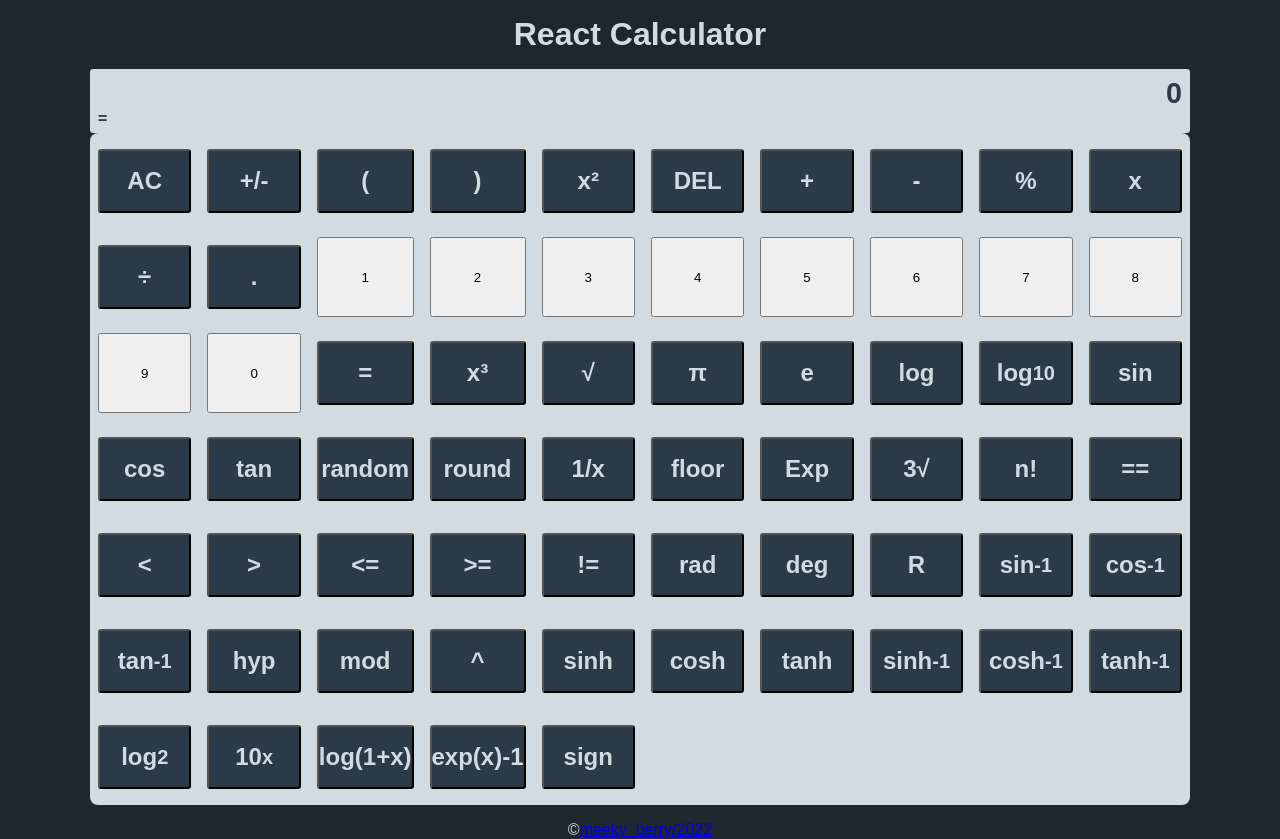
Repository: MikkyPrestige/calculator
Page: /
These files come from the project's save history. The page is drawn as it stood at one moment and after the next save; the edit follows.
The browser window is 1280 px wide. The pictures show the whole page.
The project was rebuilt for these pictures with package versions that can differ from the ones it lists, and the page was loaded fresh each time.

Above is the page before, as saved 2022-11-17 21:51:05.

### src/index.css
* {
 margin: 0;
 padding: 0;
 box-sizing: border-box;
}

body {
 font-family: 'Poppins', sans-serif;
 background: #1e272e;
}

.heading {
  color: #d2dae2;
  text-align: center;
  margin: 1rem;
}

.app-container {
 width: 100%;
 max-width: 1100px;
 margin: 1rem auto;
}

.display {
 background-color: #d2dae2;
 color: #2C3A47;
 height: 4rem;
 font-size: 1.8rem;
 font-weight: 700;
 display: flex;
 flex-direction: column;
 padding: .5rem;
 border-radius: .2rem;
}

.display-calc {
 display: flex;
 justify-content: flex-end;
 align-items: center;
}

.display-result {
 display: flex;
 justify-content: flex-start;
 align-items: center;
 font-size: 1rem;
 font-weight: 700;
}

.operators {
  display: grid;
  grid-template-columns: repeat(10, 1fr);
  grid-gap: 1rem;
  padding: .5rem;
  border-radius: .5rem;
  background-color: #d2dae2;
  -webkit-border-radius: .5rem;
  -moz-border-radius: .5rem;
  -ms-border-radius: .5rem;
  -o-border-radius: .5rem;
}

.operator {
 background-color: #2C3A47;
 color: #d2dae2;
 font-size: 1.5rem;
 font-weight: 700;
 height: 4rem;
 display: flex;
 justify-content: center;
 align-items: center;
 border-radius: .2rem;
 margin: .5rem 0;
}
/* .operators {
 display: grid;
 grid-template-columns: repeat(10, 1fr);
 grid-gap: 1rem;
 background-color: #4b6584;
 padding: .5rem;
 border-radius: .3rem;
}

.operator {
 background-color: #182C61;
 color: #d1d8e0;
 font-size: 1.2rem;
 font-weight: 400;
 padding: .5rem;
 border: none;
 cursor: pointer;
 border-radius: 20%;
 border: 2px solid #d2dae2;
 -webkit-border-radius: 20%;
 -moz-border-radius: 20%;
 -ms-border-radius: 20%;
 -o-border-radius: 20%;
}

.operator:hover {
 background-color: #273c75;
}

.operator:active {
 background-color: #485460;
}

.digit {
  font-size: 1.5rem;
  font-weight: 700;
  color: #2C3A47;
  cursor: pointer;
  background-color: #d2dae2;
  border: none;
  border-radius: 1rem;
  text-align: center;
  padding: .5rem;
  grid-column: 4 /7;
  grid-row: 2 / 4;
}

.digit:hover {
  background-color: #808e9b;
}

.digit:active {
  background-color: #485460;
}

.clear {
 background-color: #05c46b;
  grid-column: 1 / 3;
  grid-row: 1 / 2;
}

.delete {
 background-color: #ff3f34;
  grid-column: 9 / -1;
  grid-row: 1 / 2;
}

.equalTo {
 /* grid-row: 6 / span 2; */
 /* grid-column: 6; */
 /* background-color: #05c46b; */
 /* font-size: 2.5rem; */
 /* font-weight: 700; */
/* } */

.cube {
 /* grid-row: 3; */
}

.sqrt {
 /* grid-row: 4; */
}

.exponent {
 /* grid-row: 5; */
}

.pie {
 /* grid-row: 5; */
}

.log {
 /* grid-row: 3; */
}

.logTen {
 /* grid-row: 4; */
}

.sin {
 /* grid-row: 3; */
}

.tan {
 /* grid-row: 4; */
}

.cos  {
 /* grid-row: 5; */
}

.zero {
 /* grid-row: 6; */
 /* grid-column: 5; */
}

.attribution {
  color: #d2dae2;
  text-align: center;
}

### src/App.js
import React from 'react';
import { useState } from 'react';

function App() {
  // DECLARE A NEW STATE VARIABLE
  const [calc, setCalc] = useState("");
  const [result, setResult] = useState("");

  // OPERATORS VARIABLE IS AN ARRAY OF OPERATORS THAT WILL BE USED TO CHECK IF THE USER IS TRYING TO ENTER AN OPERATOR OR NOT
  const ops = ["+", "-", "*", "/", ".", "<", ">", "<=", ">=", "±", "%", "!="];

  // UPDATE CALC STATE VARIABLE WITH THE VALUE OF THE BUTTON THAT WAS CLICKED
  const updateCalc = value => {
    if (
      (ops.includes(value) && calc === "") || // IF THE VALUE IS AN OPERATOR AND THE CALC STATE VARIABLE IS EMPTY
      (ops.includes(value) && ops.includes(calc.slice(-1))) // IF THE VALUE IS AN OPERATOR AND THE LAST CHARACTER OF THE CALC STATE VARIABLE IS ALSO AN OPERATOR
    ) {
      return;
    }

    setCalc(calc + value);  // UPDATE THE CALC STATE VARIABLE WITH THE VALUE OF THE BUTTON THAT WAS CLICKED

    if (!ops.includes(value)) {  // IF THE VALUE IS NOT AN OPERATOR
      setResult(eval(calc + value).toString());   // EVALUATE THE CALC STATE VARIABLE AND UPDATE THE RESULT STATE VARIABLE
    }
  };

  // CREATE CLEAR FUNCTION
  const clear = () => {
    setCalc("");    // SET CALC STATE VARIABLE TO EMPTY
    setResult("");  // SET RESULT STATE VARIABLE TO EMPTY
  };

  // CREATE DELETE FUNCTION
  const del = () => {
    if (calc === "") {
      return;
    }
    const value = calc.slice(0, -1);  // REMOVE THE LAST CHARACTER OF THE CALC STATE VARIABLE
    setCalc(value);  // UPDATE THE CALC STATE VARIABLE
  };

  // CREATE EVALUATE FUNCTION
  const calculate = () => {
    setCalc(eval(calc).toString());  // EVALUATE THE CALC STATE VARIABLE AND UPDATE THE CALC STATE VARIABLE
    setResult("");  // SET RESULT STATE VARIABLE TO EMPTY
  };

  // CREATE PERCENTAGE FUNCTION
  const percentage = () => {
    if (calc === "") {
      return;
    }
    const value = parseFloat(calc);   // CONVERT THE CALC STATE VARIABLE TO A FLOAT
    if (value === 0) {
      return;
    }
    setCalc((value / 100).toString());  // DIVIDE THE CALC STATE VARIABLE BY 100 AND UPDATE THE CALC STATE VARIABLE
  };

  // CREATE POSITIVE/NEGATIVE FUNCTION
  const posNeg = () => {
    if (calc === "") {
      return;
    }
    const value = parseFloat(calc);
    if (value === 0) {
      return;
    }
    setCalc((value * -1).toString());  // MULTIPLY THE CALC STATE VARIABLE BY -1 AND UPDATE THE CALC STATE VARIABLE
  };

  // CREATE BRACKET FUNCTION
  const bracket = value => {
    if (calc === "" && value === "(" && ")") { // IF THE CALC STATE VARIABLE IS EMPTY AND THE VALUE IS "(" && ")"
      setCalc(calc + value);
      return;
    }
    setCalc(calc + value);  // UPDATE THE CALC STATE VARIABLE WITH THE VALUE OF THE BUTTON THAT WAS CLICKED
  };

  // CREATE SQUARE FUNCTION
  const square = () => {
    if (calc === "") {
      return;
    }
    const value = parseFloat(calc);
    if (value === 0) {
      return;
    }
    setCalc((value * value).toString());  // MULTIPLY THE CALC STATE VARIABLE BY ITSELF AND UPDATE THE CALC STATE VARIABLE
  };

  // CREATE A CUBE FUNCTION
  const cube = () => {
    if (calc === "") {
      return;
    }
    const value = parseFloat(calc);
    if (value === 0) {
      return;
    }
    setCalc((value * value * value).toString());  // MULTIPLY THE CALC STATE VARIABLE BY ITSELF THREE TIMES AND UPDATE THE CALC STATE VARIABLE
  };

  // CREATE SQUARE ROOT FUNCTION
  const squareRoot = () => {
    if (calc === "") {
      return;
    }
    const value = parseFloat(calc);
    if (value === 0) {
      return;
    }
    setCalc(Math.sqrt(value).toString());  // CALCULATE THE SQUARE ROOT OF THE CALC STATE VARIABLE AND UPDATE THE CALC STATE VARIABLE
  };

  // CREATE PI FUNCTION
  const pi = () => {
    if (calc === "") {
      return;
    }
    const value = parseFloat(calc);
    if (value === 0) {
      return;
    }
    setCalc((value * 3.141592653589793).toString());  // MULTIPLY THE CALC STATE VARIABLE BY PI AND UPDATE THE CALC STATE VARIABLE
  };

  // CREATE E FUNCTION
  const e = () => {
    if (calc === "") {
      return;
    }
    const value = parseFloat(calc);
    if (value === 0) {
      return;
    }
    setCalc((value * 2.718281828459045).toString());  // MULTIPLY THE CALC STATE VARIABLE BY E AND UPDATE THE CALC STATE VARIABLE
  };

  // CREATE LOG FUNCTION
  const log = () => {
    if (calc === "") {
      return;
    }
    const value = parseFloat(calc);
    if (value === 0) {
      return;
    }
    setCalc(Math.log(value).toString());  // CALCULATE THE LOGARITHM OF THE CALC STATE VARIABLE AND UPDATE THE CALC STATE VARIABLE
  };

  // CREATE BASE 10 LOG FUNCTION
  const log10 = () => {
    if (calc === "") {
      return;
    }
    const value = parseFloat(calc);
    if (value === 0) {
      return;
    }
    setCalc(Math.log10(value).toString());  // CALCULATE THE BASE 10 LOGARITHM OF THE CALC STATE VARIABLE AND UPDATE THE CALC STATE VARIABLE
  };

  // CREATE BASE 2 LOG FUNCTION
  const log2 = () => {
    if (calc === "") {
      return;
    }
    const value = parseFloat(calc);
    if (value === 0) {
      return;
    }
    setCalc(Math.log2(value).toString());  // CALCULATE THE BASE 2 LOGARITHM OF THE CALC STATE VARIABLE AND UPDATE THE CALC STATE VARIABLE
  };

  // CREATE LOG1P FUNCTION
  const log1p = () => {
    if (calc === "") {
      return;
    }
    const value = parseFloat(calc);
    if (value === 0) {
      return;
    }
    setCalc(Math.log1p(value).toString());  // CALCULATE THE LOGARITHM OF THE CALC STATE VARIABLE PLUS 1 AND UPDATE THE CALC STATE VARIABLE
  };

  // CREATE EXPONENTIAL -1 FUNCTION
  const expm1 = () => {
    if (calc === "") {
      return;
    }
    const value = parseFloat(calc);
    if (value === 0) {
      return;
    }
    setCalc(Math.expm1(value).toString());  // CALCULATE THE EXPONENTIAL OF THE CALC STATE VARIABLE MINUS 1 AND UPDATE THE CALC STATE VARIABLE
  };

  // CREATE SIGN FUNCTION
  const sign = () => {
    if (calc === "") {
      return;
    }
    const value = parseFloat(calc);
    if (value === 0) {
      return;
    }
    setCalc(Math.sign(value).toString());  // CALCULATE THE SIGN OF THE CALC STATE VARIABLE AND UPDATE THE CALC STATE VARIABLE
  };

  // CREATE RAISE TO POWER 10 FUNCTION
  const pow10 = () => {
    if (calc === "") {
      return;
    }
    const value = parseFloat(calc);
    if (value === 0) {
      return;
    }
    setCalc(Math.pow(10, value).toString());  // RAISE 10 TO THE POWER OF THE CALC STATE VARIABLE AND UPDATE THE CALC STATE VARIABLE
  };

  // CREATE SIN FUNCTION
  const sin = () => {
    if (calc === "") {
      return;
    }
    const value = parseFloat(calc);
    if (value === 0) {
      return;
    }
    setCalc(Math.sin(value).toString());  // CALCULATE THE SINE OF THE CALC STATE VARIABLE AND UPDATE THE CALC STATE VARIABLE
  };

  // CREATE COS FUNCTION
  const cos = () => {
    if (calc === "") {
      return;
    }
    const value = parseFloat(calc);
    if (value === 0) {
      return;
    }
    setCalc(Math.cos(value).toString());  // CALCULATE THE COSINE OF THE CALC STATE VARIABLE AND UPDATE THE CALC STATE VARIABLE
  };

  // CREATE TAN FUNCTION
  const tan = () => {
    if (calc === "") {
      return;
    }
    const value = parseFloat(calc);
    if (value === 0) {
      return;
    }
    setCalc(Math.tan(value).toString());  // CALCULATE THE TANGENT OF THE CALC STATE VARIABLE AND UPDATE THE CALC STATE VARIABLE
  };

  // CREATE INVERSE SIN FUNCTION
  const asin = () => {
    if (calc === "") {
      return;
    }
    const value = parseFloat(calc);
    if (value === 0) {
      return;
    }
    setCalc(Math.asin(value).toString());  // CALCULATE THE INVERSE SINE OF THE CALC STATE VARIABLE AND UPDATE THE CALC STATE VARIABLE
  };

  // CREATE INVERSE COS FUNCTION
  const acos = () => {
    if (calc === "") {
      return;
    }
    const value = parseFloat(calc);
    if (value === 0) {
      return;
    }
    setCalc(Math.acos(value).toString());  // CALCULATE THE INVERSE COSINE OF THE CALC STATE VARIABLE AND UPDATE THE CALC STATE VARIABLE
  };

  // CREATE INVERSE TAN FUNCTION
  const atan = () => {
    if (calc === "") {
      return;
    }
    const value = parseFloat(calc);
    if (value === 0) {
      return;
    }
    setCalc(Math.atan(value).toString());  // CALCULATE THE INVERSE TANGENT OF THE CALC STATE VARIABLE AND UPDATE THE CALC STATE VARIABLE
  };

  // CREATE SINH FUNCTION
  const sinh = () => {
    if (calc === "") {
      return;
    }
    const value = parseFloat(calc);
    if (value === 0) {
      return;
    }
    setCalc(Math.sinh(value).toString());  // CALCULATE THE HYPERBOLIC SINE OF THE CALC STATE VARIABLE AND UPDATE THE CALC STATE VARIABLE
  };

  // CREATE COSH FUNCTION
  const cosh = () => {
    if (calc === "") {
      return;
    }
    const value = parseFloat(calc);
    if (value === 0) {
      return;
    }
    setCalc(Math.cosh(value).toString());  // CALCULATE THE HYPERBOLIC COSINE OF THE CALC STATE VARIABLE AND UPDATE THE CALC STATE VARIABLE
  };

  // CREATE TANH FUNCTION
  const tanh = () => {
    if (calc === "") {
      return;
    }
    const value = parseFloat(calc);
    if (value === 0) {
      return;
    }
    setCalc(Math.tanh(value).toString());  // CALCULATE THE HYPERBOLIC TANGENT OF THE CALC STATE VARIABLE AND UPDATE THE CALC STATE VARIABLE
  };

  // CREATE INVERSE SINH FUNCTION
  const asinh = () => {
    if (calc === "") {
      return;
    }
    const value = parseFloat(calc);
    if (value === 0) {
      return;
    }
    setCalc(Math.asinh(value).toString());  // CALCULATE THE INVERSE HYPERBOLIC SINE OF THE CALC STATE VARIABLE AND UPDATE THE CALC STATE VARIABLE
  };

  // CREATE INVERSE COSH FUNCTION
  const acosh = () => {
    if (calc === "") {
      return;
    }
    const value = parseFloat(calc);
    if (value === 0) {
      return;
    }
    setCalc(Math.acosh(value).toString());  // CALCULATE THE INVERSE HYPERBOLIC COSINE OF THE CALC STATE VARIABLE AND UPDATE THE CALC STATE VARIABLE
  };

  // CREATE INVERSE TANH FUNCTION
  const atanh = () => {
    if (calc === "") {
      return;
    }
    const value = parseFloat(calc);
    if (value === 0) {
      return;
    }
    setCalc(Math.atanh(value).toString());  // CALCULATE THE INVERSE HYPERBOLIC TANGENT OF THE CALC STATE VARIABLE AND UPDATE THE CALC STATE VARIABLE
  };

  // CREATE HYPOTENUSE FUNCTION
  const hyp = () => {
    if (calc === "") {
      return;
    }
    const value = parseFloat(calc);
    if (value === 0) {
      return;
    }
    setCalc(Math.hypot(value).toString());  // CALCULATE THE HYPOTENUSE OF THE CALC STATE VARIABLE AND UPDATE THE CALC STATE VARIABLE
  };


  // CREATE RADIAN FUNCTION
  const radian = () => {
    if (calc === "") {
      return;
    }
    const value = parseFloat(calc);
    if (value === 0) {
      return;
    }
    setCalc((value * 0.017453292519943295).toString());  // MULTIPLY THE CALC STATE VARIABLE BY RADIAN AND UPDATE THE CALC STATE VARIABLE
  };

  // CREATE DEGREE FUNCTION
  const degree = () => {
    if (calc === "") {
      return;
    }
    const value = parseFloat(calc);
    if (value === 0) {
      return;
    }
    setCalc((value * 57.29577951308232).toString());  // MULTIPLY THE CALC STATE VARIABLE BY DEGREE AND UPDATE THE CALC STATE VARIABLE
  };

  // CREATE RADIUS FUNCTION
  const radius = () => {
    if (calc === "") {
      return;
    }
    const value = parseFloat(calc);
    if (value === 0) {
      return;
    }
    setCalc((value * 0.5).toString());  // MULTIPLY THE CALC STATE VARIABLE BY RADIUS AND UPDATE THE CALC STATE VARIABLE
  };

  // CREATE RECIPROCAL/INVERSE FUNCTION
  const reciprocal = () => {
    if (calc === "") {
      return;
    }
    const value = parseFloat(calc);
    if (value === 0) {
      return;
    }
    setCalc((1 / value).toString());  // DIVIDE 1 BY THE CALC STATE VARIABLE AND UPDATE THE CALC STATE VARIABLE
  };

  // CREATE RANDOM FUNCTION
  const random = () => {
    if (calc === "") {
      return;
    }
    const value = parseFloat(calc);
    if (value === 0) {
      return;
    }
    setCalc(Math.random(value).toString());  // RANDOMLY GENERATE A NUMBER AND UPDATE THE CALC STATE VARIABLE
  };

  // CREATE ROUND FUNCTION
  const round = () => {
    if (calc === "") {
      return;
    }
    const value = parseFloat(calc);
    if (value === 0) {
      return;
    }
    setCalc(Math.round(value).toString());  // ROUND THE CALC STATE VARIABLE AND UPDATE THE CALC STATE VARIABLE
  };

  // CREATE FLOOR FUNCTION
  const floor = () => {
    if (calc === "") {
      return;
    }
    const value = parseFloat(calc);
    if (value === 0) {
      return;
    }
    setCalc(Math.floor(value).toString());  // FLOOR OF THE CALC STATE VARIABLE AND UPDATE THE CALC STATE VARIABLE
  };

  // CREATE EXPONENTIAL FUNCTION
  const exponential = () => {
    if (calc === "") {
      return;
    }
    const value = parseFloat(calc);
    if (value === 0) {
      return;
    }
    setCalc(Math.exp(value).toString());  // EXPONENTIAL OF THE CALC STATE VARIABLE AND UPDATE THE CALC STATE VARIABLE
  };

  // CREATE CUBE ROOT FUNCTION
  const cubeRoot = () => {
    if (calc === "") {
      return;
    }
    const value = parseFloat(calc);
    if (value === 0) {
      return;
    }
    setCalc(Math.cbrt(value).toString());  // CUBE ROOT OF THE CALC STATE VARIABLE AND UPDATE THE CALC STATE VARIABLE
  };

  // CREATE FACTORIAL FUNCTION
  const factorial = () => {
    if (calc === "") {
      return;
    }
    const value = parseFloat(calc);
    if (value === 0) {
      return;
    }
    setCalc(factorialize(value).toString());  // FACTORIAL OF THE CALC STATE VARIABLE AND UPDATE THE CALC STATE VARIABLE
  };

  // CREATE FACTORIAL FUNCTION
  const factorialize = (num) => {
    if (num < 0) {
      return -1;
    } else if (num === 0) {
      return 1;
    } else {
      return num * factorialize(num - 1);
    }
  };

  // CREATE DIGITS FUNCTION
  const createDigits = () => {
    const digits = []; // CREATE DIGITS ARRAY
    for (let i = 1; i < 10; i++) { // LOOP THROUGH DIGITS 1-9
      digits.push(i); // PUSH NUMBERS 1-9 TO DIGITS ARRAY
    }
    return digits;
  };

  //RETURN THE CALCULATOR SCREEN AND BUTTONS
  return (
    <div className='app'>
      <header>
        <h1 className='heading'>React Calculator</h1>
      </header>
      <div className='app-container'>
        <div className='display'>
          <div className='display-calc'>
            {calc || "0"}  {/* DISPLAY CALC STATE VARIABLE OR 0 */}
          </div>
          <div className='display-result'>
            = {result}  {/* DISPLAY RESULT STATE VARIABLE */}
          </div>
        </div>
        <div className='operators'>
          <button onClick={clear} className='operator clear'>AC</button>
          <button onClick={posNeg} className='operator'>+/-</button>
          <button onClick={() => bracket('(')} className='operator'>(</button>
          <button onClick={() => bracket(')')} className='operator'>)</button>
          <button onClick={square} className='operator'>x²</button>
          <button onClick={del} className='operator delete'>DEL</button>
          <button onClick={() => updateCalc('+')} className='operator'>+</button>
          <button onClick={() => updateCalc('-')} className='operator'>-</button>
          <button onClick={percentage} className='operator'>%</button>
          <button onClick={() => updateCalc('*')} className='operator'>x</button>
          <button onClick={() => updateCalc('/')} className='operator'>÷</button>
          <button onClick={() => updateCalc('.')} className='operator'>.</button>
          {createDigits().map((digit) => (
            <button onClick={() => updateCalc(digit.toString())} className='digit' key={digit}>{digit}</button> // CREATE DIGITS BUTTONS AND MAP THROUGH DIGITS ARRAY TO DISPLAY DIGITS 1-9 ON BUTTONS
          ))}
          <button onClick={() => updateCalc('0')} className='zero digit'>0</button>
          <button onClick={calculate} className='operator equalTo'>=</button>
          <button onClick={cube} className='operator cube'>x³</button>
          <button onClick={squareRoot} className='operator sqrt'>√</button>
          <button onClick={pi} className='operator pie'>π</button>
          <button onClick={e} className='operator exponent'>e</button>
          <button onClick={log} className='operator log'>log</button>
          <button onClick={log10} className='operator logTen'>log<sub>10</sub></button>
          <button onClick={sin} className='operator sin'>sin</button>
          <button onClick={cos} className='operator cos'>cos</button>
          <button onClick={tan} className='operator tan'>tan</button>
          <button onClick={random} className='operator'>random</button>
          <button onClick={round} className='operator'>round</button>
          <button onClick={reciprocal} className='operator'>1/x</button>
          <button onClick={floor} className='operator'>floor</button>
          <button onClick={exponential} className='operator'>Exp</button>
          <button onClick={cubeRoot} className='operator'>3√</button>
          <button onClick={factorial} className='operator'>n!</button>
          <button onClick={() => updateCalc('==')} className='operator'>==</button>
          <button onClick={() => updateCalc('<')} className='operator'>{'<'}</button>
          <button onClick={() => updateCalc('>')} className='operator'>{'>'}</button>
          <button onClick={() => updateCalc('<=')} className='operator'>{'<='}</button>
          <button onClick={() => updateCalc('>=')} className='operator'>{'>='}</button>
          <button onClick={() => updateCalc('!=')} className='operator'>{'!='}</button>
          <button onClick={radian} className='operator'>rad</button>
          <button onClick={degree} className='operator'>deg</button>
          <button onClick={radius} className='operator'>R</button>
          <button onClick={asin} className='operator'>sin<sup>-1</sup></button>
          <button onClick={acos} className='operator'>cos<sup>-1</sup></button>
          <button onClick={atan} className='operator'>tan<sup>-1</sup></button>
          <button onClick={hyp} className='operator'>hyp</button>
          <button onClick={() => updateCalc('%')} className='operator'>mod</button>
          <button onClick={() => updateCalc('**')} className='operator'>^</button>
          <button onClick={sinh} className='operator'>sinh</button>
          <button onClick={cosh} className='operator'>cosh</button>
          <button onClick={tanh} className='operator'>tanh</button>
          <button onClick={asinh} className='operator'>sinh<sup>-1</sup></button>
          <button onClick={acosh} className='operator'>cosh<sup>-1</sup></button>
          <button onClick={atanh} className='operator'>tanh<sup>-1</sup></button>
          <button onClick={log2} className='operator'>log<sub>2</sub></button>
          <button onClick={pow10} className='operator'>10<sup>x</sup></button>
          <button onClick={log1p} className='operator'>log(1+x)</button>
          <button onClick={expm1} className='operator'>exp(x)-1</button>
          <button onClick={sign} className='operator'>sign</button>
        </div>
      </div>
      <footer className='attribution'>&copy;<a meeky_berry href="https://github.com/MeekyBerry" target="_blank" rel="noreferrer">meeky_berry/2022</a></footer>
    </div>
  );
}

// EXPORT APP
export default App;

Loaded but not shown: public/index.html (common file); src/index.js (common file)

After the next save:
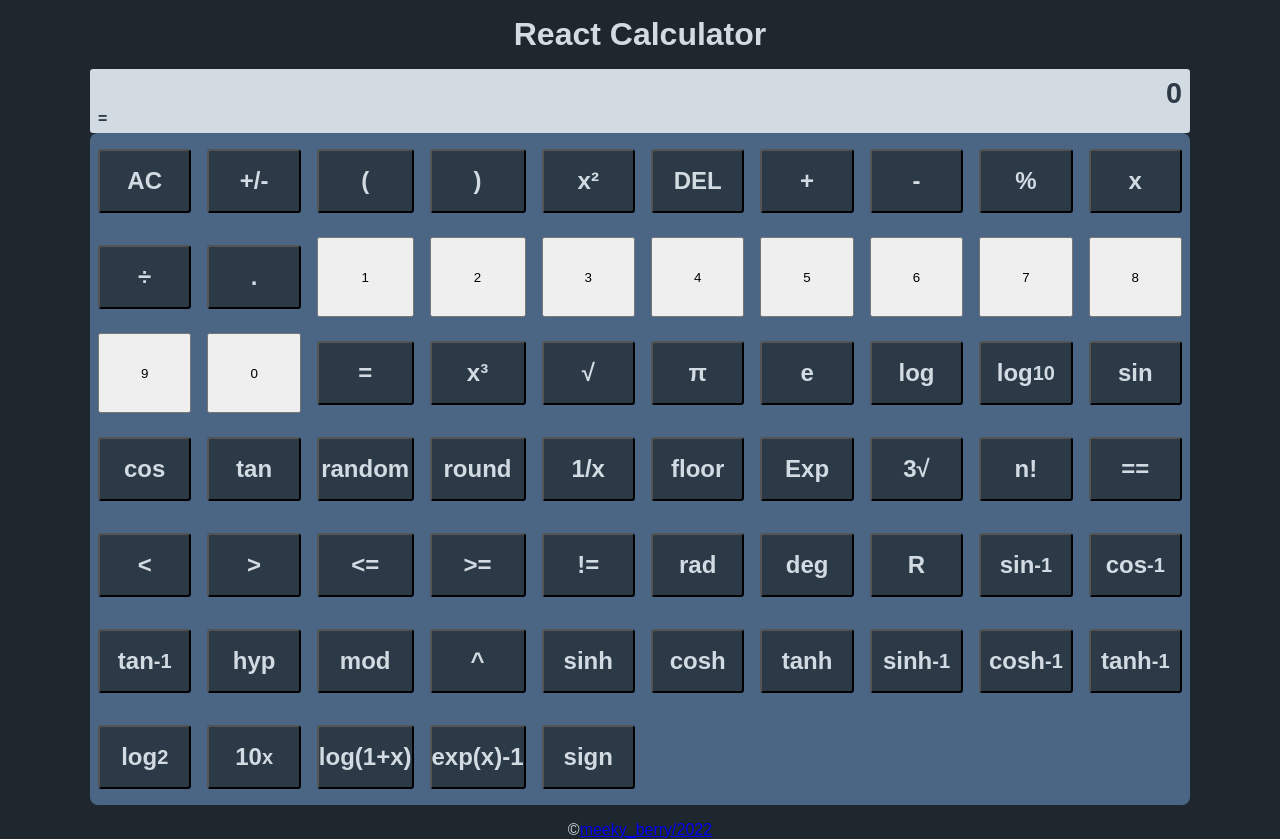
Saved 48 s later.
--- a/src/index.css
+++ b/src/index.css
@@ -53,7 +53,7 @@ body {
   grid-gap: 1rem;
   padding: .5rem;
   border-radius: .5rem;
-  background-color: #d2dae2;
+  background-color: #4b6584;
   -webkit-border-radius: .5rem;
   -moz-border-radius: .5rem;
   -ms-border-radius: .5rem;
